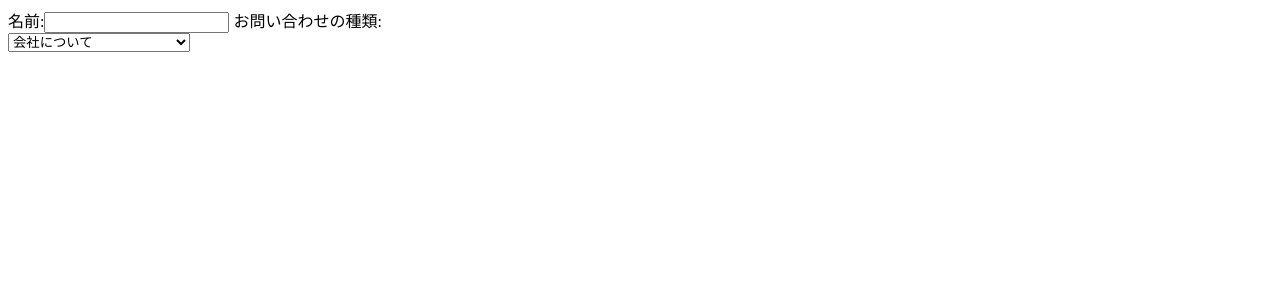
Repository: REDsky96/test
Page: http://localhost/PracticeWebpro/inquiry.jsp
The author's editor kept a copy of each file at every save. The page is drawn from the files as they stood at one save, then again after the next save.
The browser window is 1280 px wide. The pictures show the whole page.
The page is served by Tomcat 9. Other server files are loaded and not shown.

Above is the page before, as saved 2018-11-12 04:18:00.

### PracticeWebpro/WebContent/inquiry.jsp
<%@ page language="java" contentType="text/html; charset=UTF-8"
    pageEncoding="UTF-8"%>
<%@ taglib prefix = "s" uri = "/struts-tags" %>
<!DOCTYPE html>
<html>
<head>
<meta charset="UTF-8">
<title>INQUIRY</title>
</head>
<body>
  <s:form method = "post" action = "InquiryCompleteAction">
    名前:<input type = "text" name = "name"/>
    お問い合わせの種類:<br>
    <select name = "qtype">
      <option value = "company">会社について</option>
      <option value = "product">製品について</option>
      <option value = "support">アフターサポートについて</option>
    </select>
  </s:form>

</body>
</html>

After the next save:
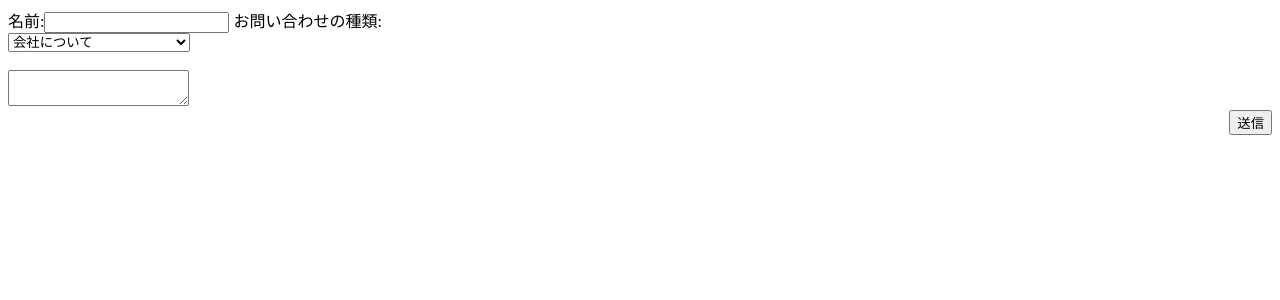
Saved 69 s later.
--- a/PracticeWebpro/WebContent/inquiry.jsp
+++ b/PracticeWebpro/WebContent/inquiry.jsp
@@ -17,6 +17,10 @@
       <option value = "support">アフターサポートについて</option>
     </select>
   </s:form>
+  <br>
+  <s:textarea name = "body"/>
+  <br>
+  <s:submit value = "送信"/>
 
 </body>
 </html>
